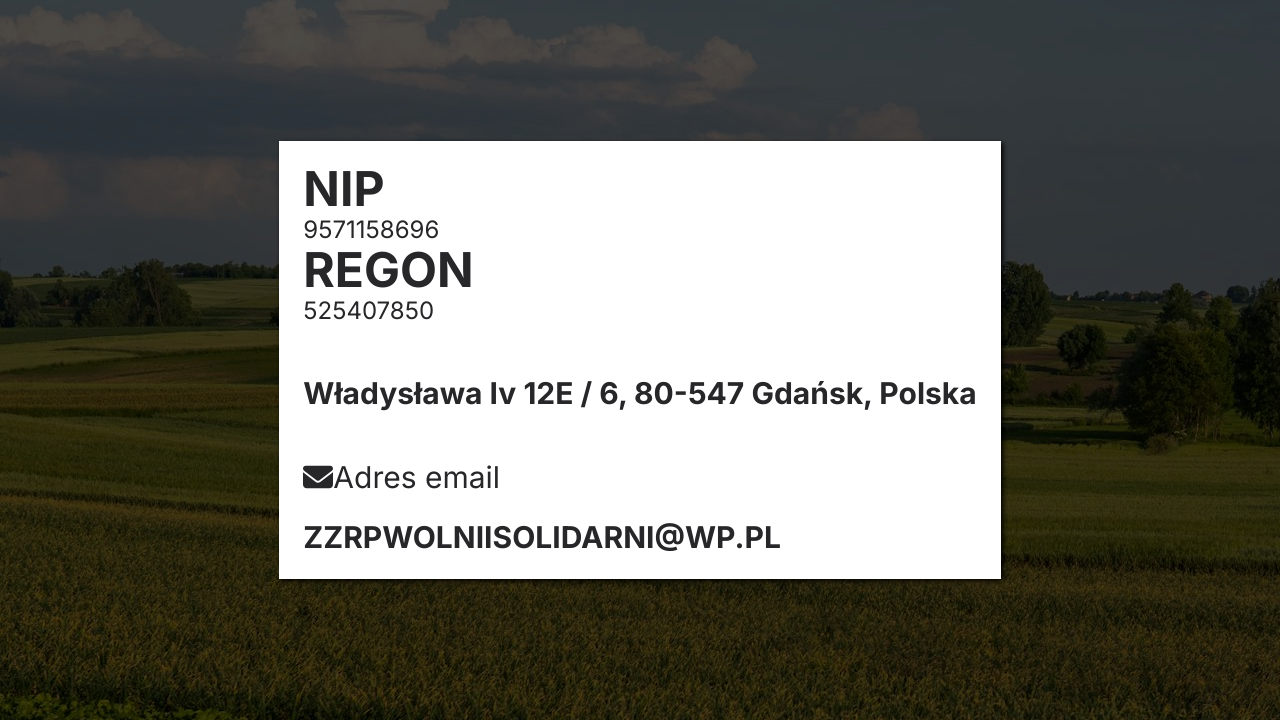
Repository: wesiudev/ZZRPWiS
Page: /kontakt
These files come from the project's save history. The page is drawn as it stood at one moment and after the next save; the edit follows.
The browser window is 1280 px wide. The pictures show the whole page.
The project was rebuilt for these pictures with package versions that can differ from the ones it lists, and the page was loaded fresh each time. The framework's server and built-in components were replaced by stand-ins that run in the browser. Also part of the build but not shown: next.config.mjs.

Above is the page before, as saved 2024-08-09 22:50:05.

After the next save:
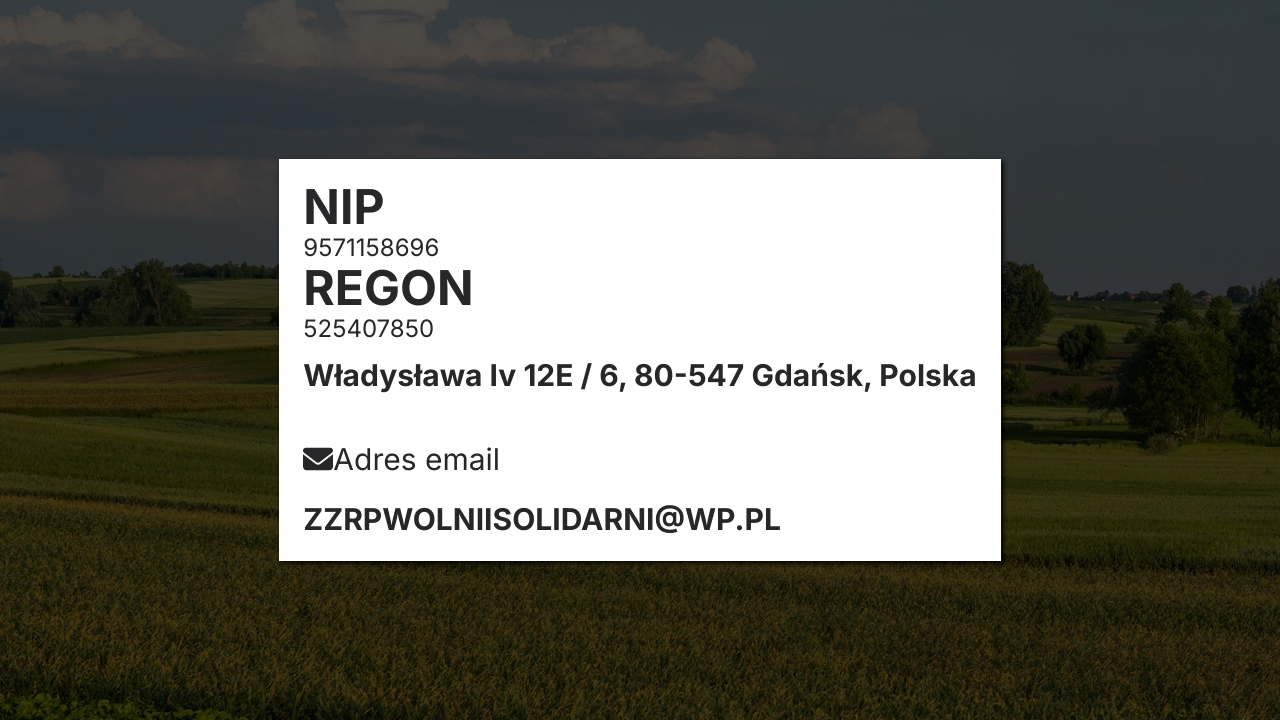
Saved 5 s later.
--- a/src/app/kontakt/page.tsx
+++ b/src/app/kontakt/page.tsx
@@ -17,7 +17,7 @@
               <span className="text-5xl font-bold">REGON</span> <br /> 525407850{" "}
             </li>
           </ul>
-          <h2 className="text-3xl font-bold mt-12 text-zinc-800">
+          <h2 className="text-3xl font-bold mt-3 text-zinc-800">
             Władysława Iv 12E / 6, 80-547 Gdańsk, Polska
           </h2>
           <div className="flex items-center text-3xl text-zinc-800 mt-12">
